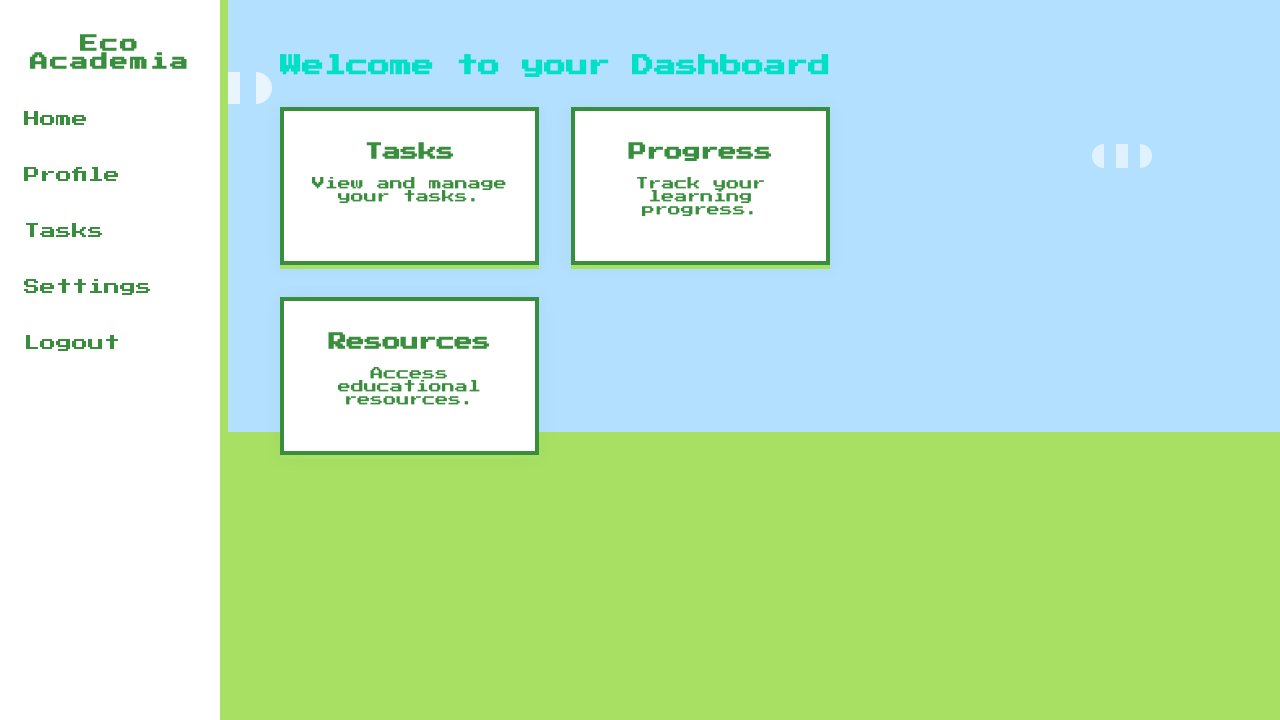
Repository: hotaruhshs/eco-academia
Page: dashboard/index.html
The author's editor kept a copy of each file at every save. The page is drawn from the files as they stood at one save, then again after the next save.
The browser window is 1280 px wide. The pictures show the whole page.

Above is the page before, as saved 2025-07-06 01:32:23.

After the next save:
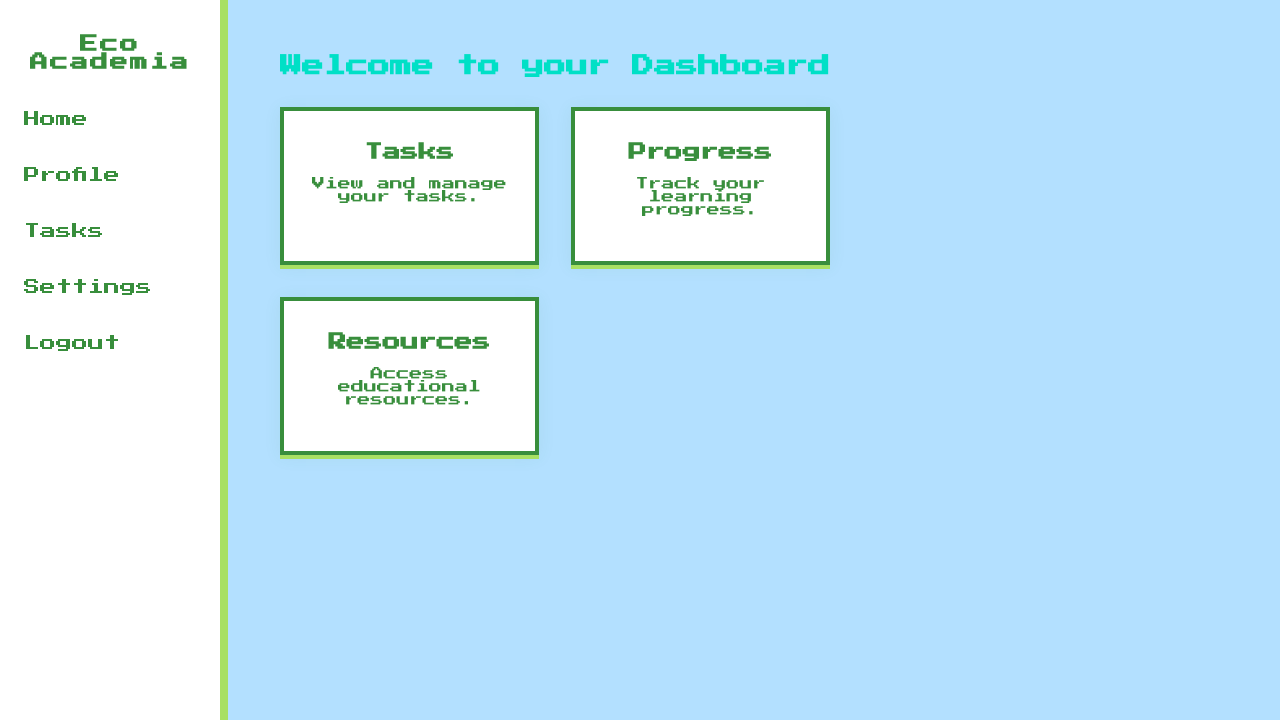
Saved 28 s later.
--- a/dashboard/css/dashboard.css
+++ b/dashboard/css/dashboard.css
@@ -1,7 +1,7 @@
 body {
   margin: 0;
   font-family: "Press Start 2P", "Segoe UI", Tahoma, Geneva, Verdana, sans-serif;
-  background: linear-gradient(to bottom, #b3e0ff 0 60%, #a8e063 60% 100%);
+  background: #b3e0ff;
   color: #23272e;
   min-height: 100vh;
   position: relative;
@@ -9,39 +9,9 @@ body {
   align-items: flex-start;
   justify-content: flex-start;
 }
-body::before {
-  content: "";
-  position: absolute;
-  top: 10%;
-  left: 15%;
-  width: 80px;
-  height: 32px;
-  background: repeating-linear-gradient(
-    90deg,
-    #fff 0 16px,
-    transparent 16px 32px
-  );
-  opacity: 0.7;
-  border-radius: 16px;
-  filter: blur(0.5px);
-  z-index: 0;
-}
+body::before,
 body::after {
-  content: "";
-  position: absolute;
-  top: 20%;
-  right: 10%;
-  width: 60px;
-  height: 24px;
-  background: repeating-linear-gradient(
-    90deg,
-    #fff 0 12px,
-    transparent 12px 24px
-  );
-  opacity: 0.6;
-  border-radius: 12px;
-  filter: blur(0.5px);
-  z-index: 0;
+  display: none;
 }
 @import url("https://fonts.googleapis.com/css2?family=Press+Start+2P&display=swap");
 
